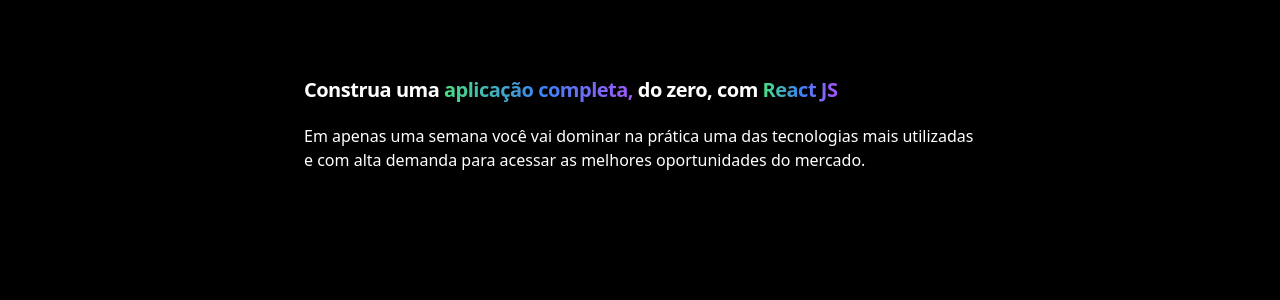
Repository: LuisSempre/Ignite-Lab---ReactJs-2022
Page: /
These files come from the project's save history. The page is drawn as it stood at one moment and after the next save; the edit follows.
The browser window is 1280 px wide. The pictures show the whole page.
The project was rebuilt for these pictures with package versions that can differ from the ones it lists, and the page was loaded fresh each time. Also part of the build but not shown: vite.config.ts, components/Header.tsx, components/Lesson.tsx, components/Sidebar.tsx, pages/Event.tsx. Imported but missing from the stored project, and not drawn on this page: components/Video.

Above is the page before, as saved 2022-06-24 23:40:43.

After the next save:
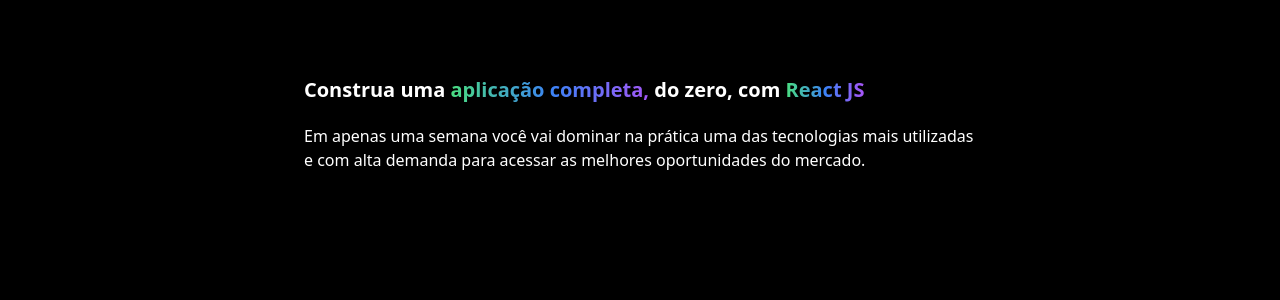
Saved 7 s later.
--- a/pages/Subscribe.tsx
+++ b/pages/Subscribe.tsx
@@ -4,7 +4,7 @@
         <div className='flex flex-col items-center min-h-screen'>
             <div className="flex items-center justify-between max-w-6xl mx-auto mt-20">
                 <div className="max-w-2xl">
-                    <h1 className="mb-6 text-xl font-extrabold leading-none tracking-normal md:tracking-tight">
+                    <h1 className="mb-6 text-xl font-extrabold leading-none tracking-normal">
                         Construa uma&nbsp;
                          <span className="block w-full text-transparent bg-clip-text bg-gradient-to-r from-green-400 via-blue-500 to-purple-500 lg:inline">
                             aplicação completa,&nbsp;
